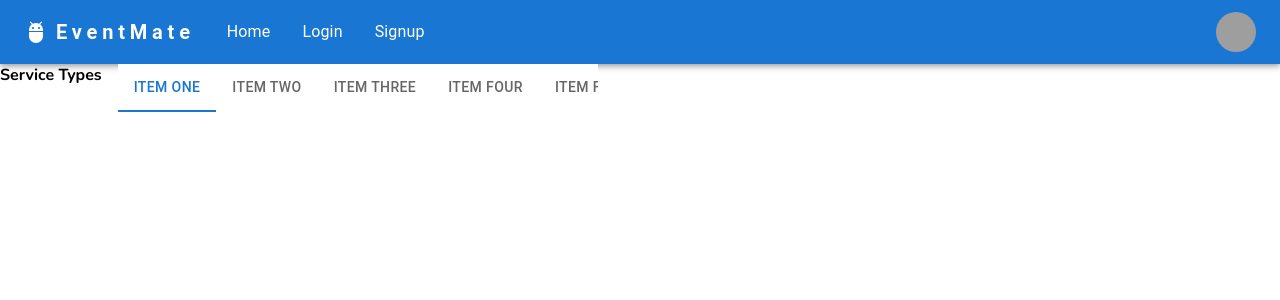
Repository: Farida-Yeasmin-Mim/EventMate_Frontend
Page: /filterpage
These files come from the project's save history. The page is drawn as it stood at one moment and after the next save; the edit follows.
The browser window is 1280 px wide. The pictures show the whole page.
Pictures or frames that could not be fetched are drawn as grey boxes. The page's requests for data from a server got no answer. The project was rebuilt for these pictures with package versions that can differ from the ones it lists, and the page was loaded fresh each time. No one was signed in, and anything a server would have sent is missing. Also part of the build but not shown: src/components/PostRequest.js, src/pages/auth/Login.js, src/components/seletionTextField/selectGender.js, src/pages/auth/Signup.js, src/components/vendor/RegVendor.js, src/components/offer.js, src/components/productcategories.js, src/components/icontabs.js and 15 more.

Above is the page before, as saved 2022-08-16 17:39:27.

After the next save:
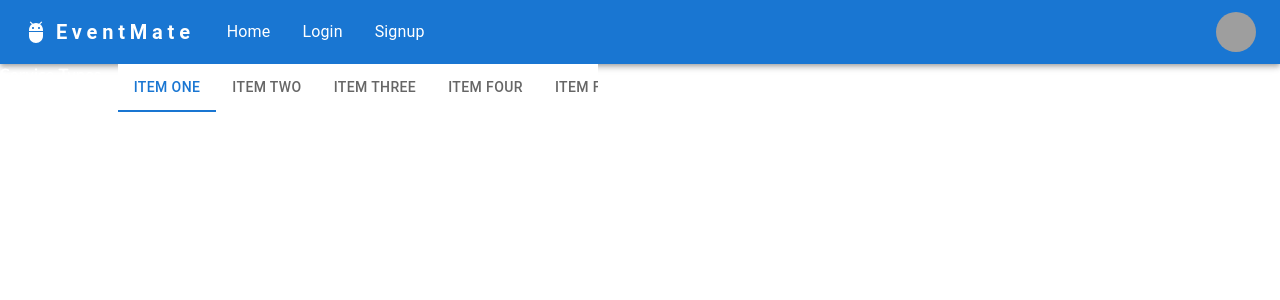
Saved 15 s later.
--- a/src/components/event/filter/FilterPage.js
+++ b/src/components/event/filter/FilterPage.js
@@ -45,7 +45,7 @@
     return (
         <Grid container spacing={2}>
             <Grid item>
-                <h4 style={{ color: "#000000" }}>Service Types</h4>
+                <h4 style={{ color: "#ffffff" }}>Service Types</h4>
 
             </Grid>
             <Grid item>

After the save that followed:
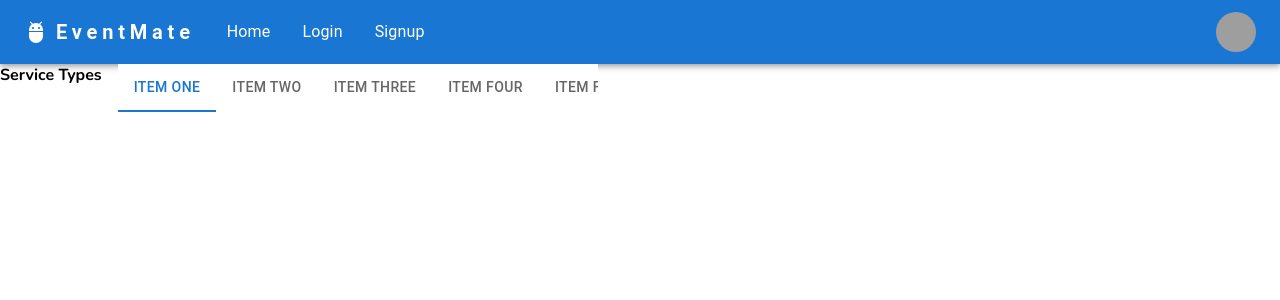
Saved 62 s later.
--- a/src/components/event/filter/FilterPage.js
+++ b/src/components/event/filter/FilterPage.js
@@ -45,7 +45,7 @@
     return (
         <Grid container spacing={2}>
             <Grid item>
-                <h4 style={{ color: "#ffffff" }}>Service Types</h4>
+                <h4 style={{ color: "#000", margin: "auto" }}>Service Types</h4>
 
             </Grid>
             <Grid item>
